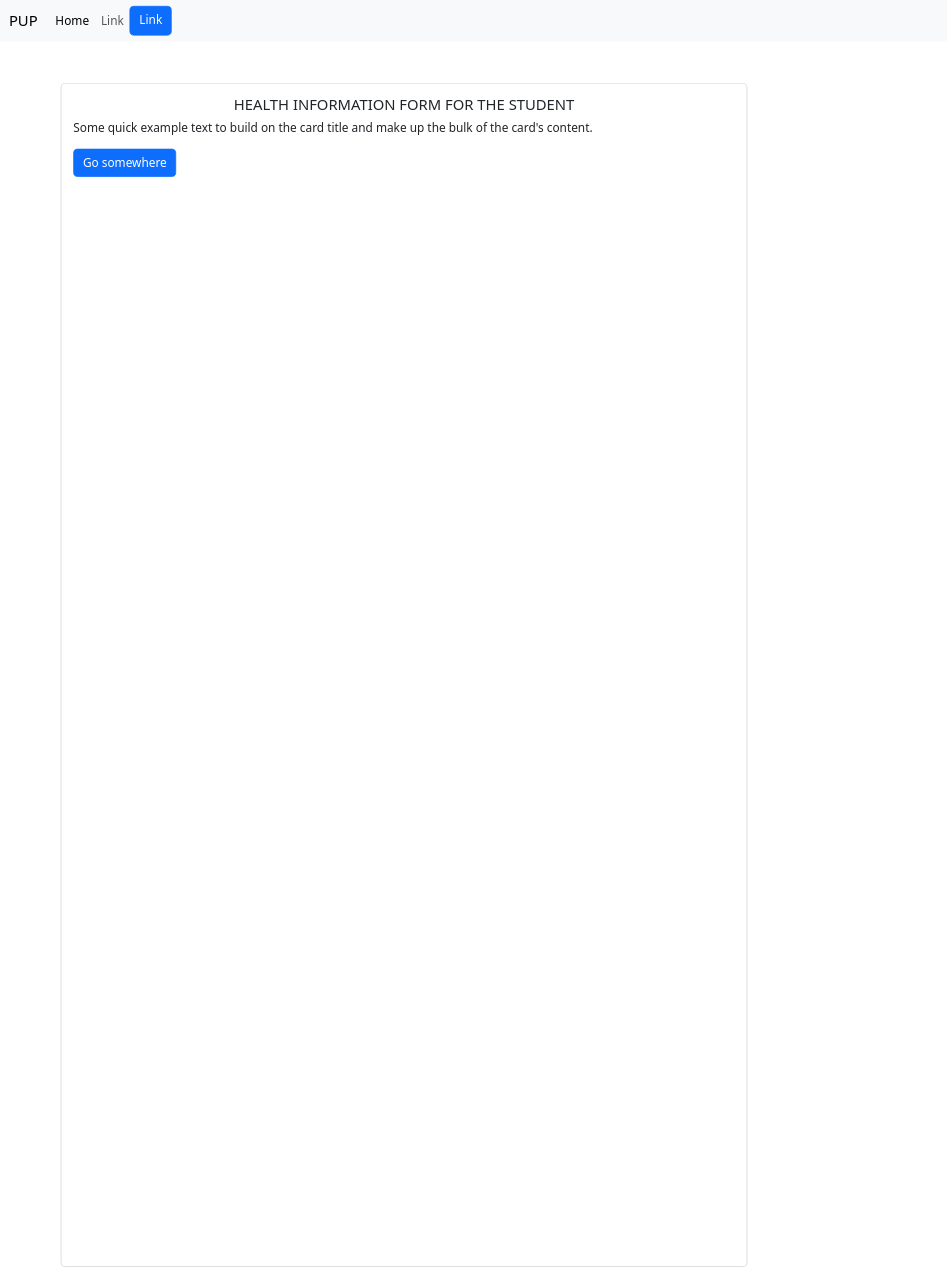
Repository: Nicktacku/webdev
Page: form.html
An editor plug-in stored every save of this project. The page is shown before and after the next save, followed by the edit.
The browser window is 1280 px wide. The pictures show the whole page, at 74% of full size.

Above is the page before, as saved 2024-07-15 16:31:44.

After the next save:
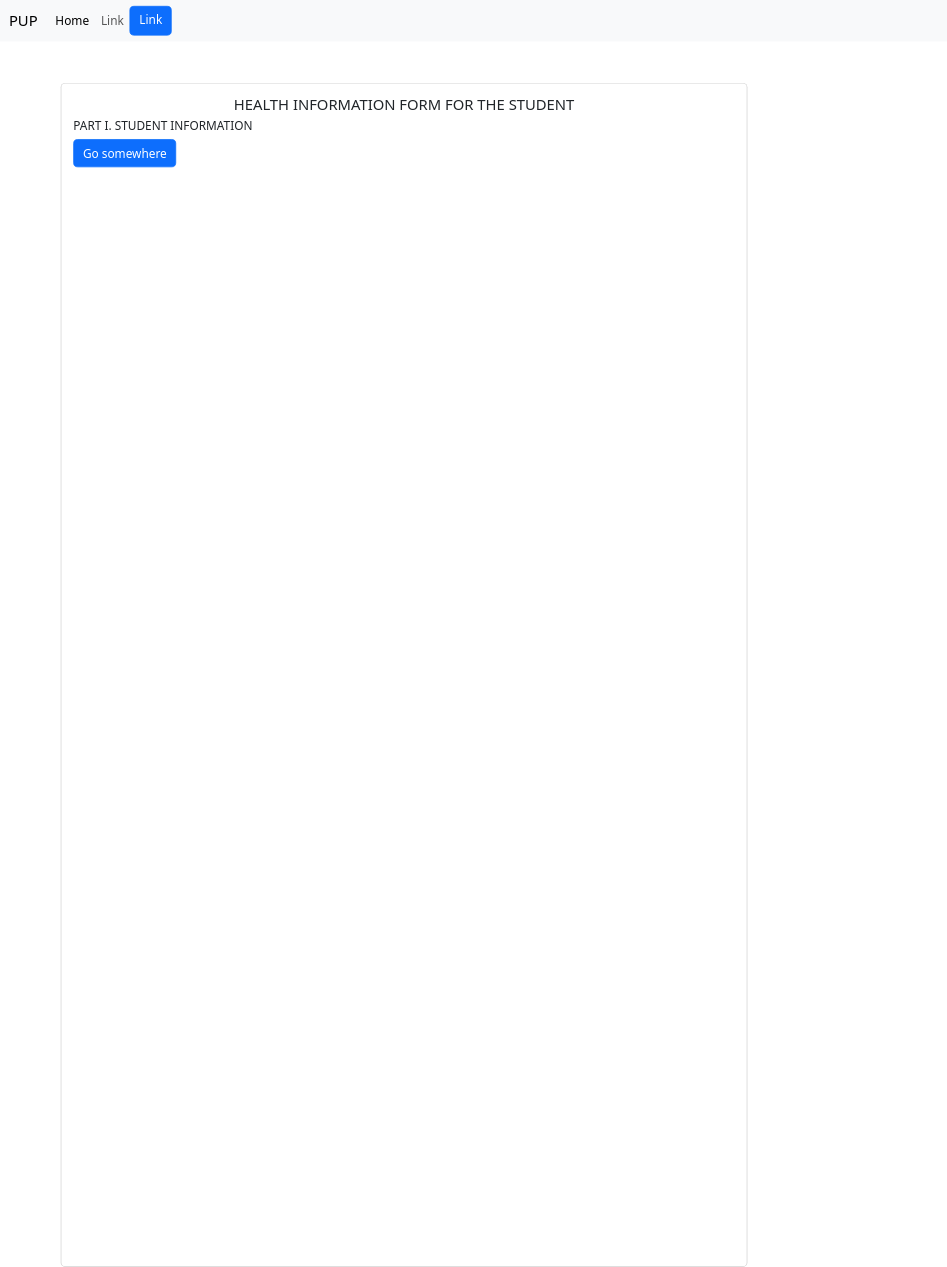
Saved 57 s later.
--- a/form.html
+++ b/form.html
@@ -50,7 +50,7 @@
 
         <div class="card-body">
           <h5 class="card-title d-flex justify-content-center">HEALTH INFORMATION FORM FOR THE STUDENT</h5>
-          <p class="card-text">Some quick example text to build on the card title and make up the bulk of the card's content.</p>
+          <h6 class="card-text">PART I. STUDENT INFORMATION</h6>
           <a href="#" class="btn btn-primary">Go somewhere</a>
         </div>
       </div>
